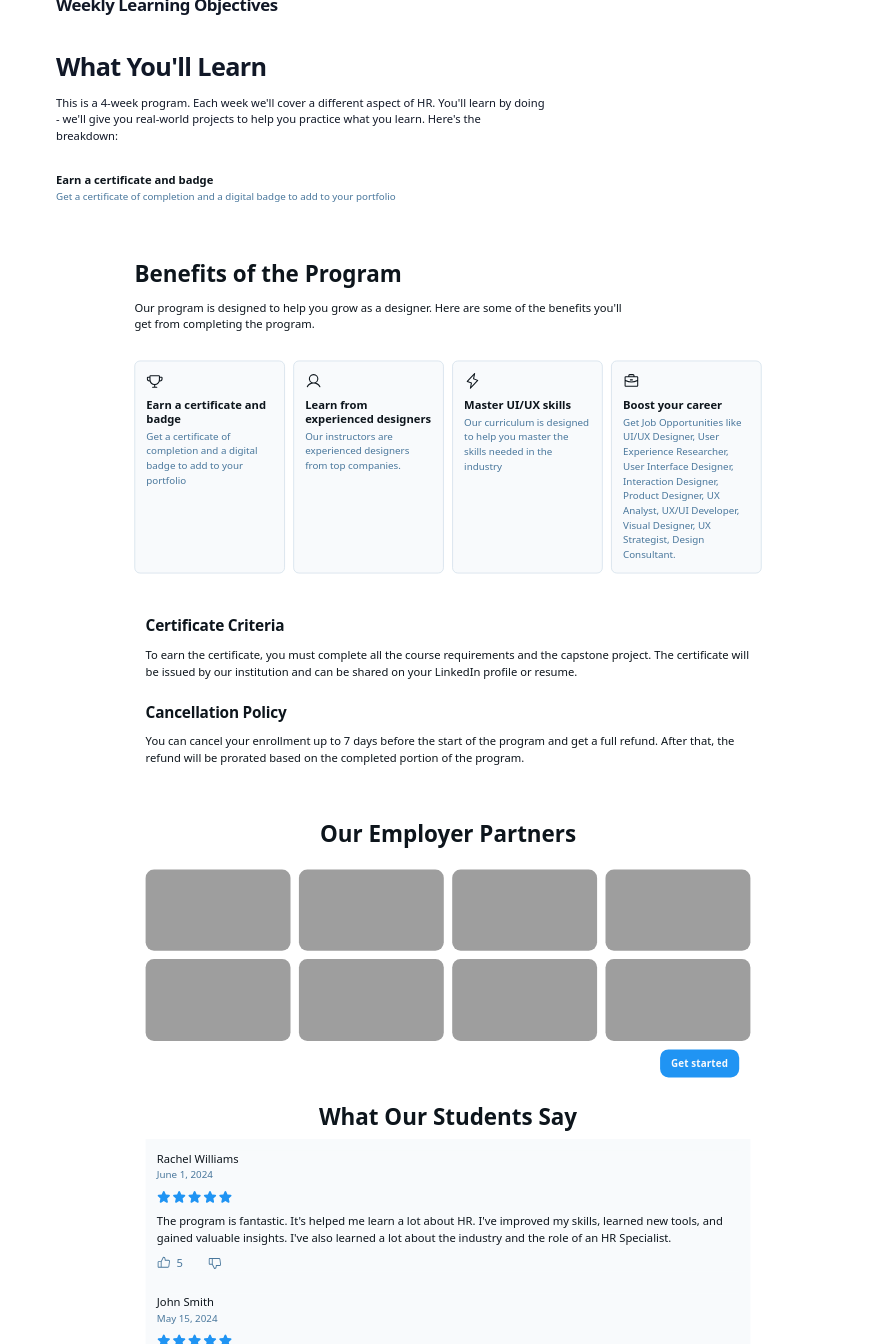
Repository: DhOMNE/HR
Page: /
An editor plug-in stored every save of this project. The page is shown before and after the next save, followed by the edit.
The browser window is 1280 px wide. The pictures show the part of the page from y = 653 to 2573 px (the page is 4217 px tall before and 4132 px after), at 70% of full size.
Pictures or frames that could not be fetched are drawn as grey boxes. The project was rebuilt for these pictures with package versions that can differ from the ones it lists, and the page was loaded fresh each time.

Above is the page before, as saved 2024-08-26 11:03:24.

### src/Componenets/Hero.jsx
import React from 'react';

const Hero = () => {
  return (
    <div className="flex justify-center max-w-6xl mx-auto flex-col">
      <div className="w-full mt-16">
        <div
          className="relative left-4 p-4 w-97 h-[560px] rounded-xl "
          style={{ backgroundImage: "url('https://cdn.usegalileo.ai/sdxl10/f19572df-3304-4064-aa15-f19df58d4b06.png')" }}
        >
          <div className="absolute inset-0 bg-gradient-to-t from-black/40 to-black/10 rounded-xl"></div>
          <div className="relative flex flex-col gap-4 w-full h-full justify-end items-start pl-20 mb-16 max-sm:pl-3">
            <h1 className="text-white text-5xl font-bold">
            Master HR in just 4 Weeks
            </h1>
            <h2 className="text-white text-lg font-normal">
            Our live, online HR workshop helps you build the skills to excel in the industry, get hired, and earn more.
            </h2>
            <div className="w-full">
              <button className="w-24 py-3 rounded-xl px-4 bg-blue-500 text-white text-base font-bold leading-normal hover:shadow-lg hover:shadow-gray-600">
                <span className="truncate">Start</span>
              </button>
            </div>
          </div>
        </div>

        <div className="w-full">
          <h1 className="text-gray-900 text-2xl font-bold leading-tight tracking-tight px-4 text-left pb-3 pt-5">
            Weekly Learning Objectives
          </h1>

          <div className="flex flex-col gap-10 px-4 py-10">
            <div className="flex flex-col gap-4">
              <h1 className="text-gray-900 text-4xl font-black leading-tight tracking-tight max-w-[720px]">
                What You'll Learn
              </h1>
              <p className="text-gray-900 text-base font-normal leading-normal max-w-[720px]">
              This is a 4-week program. Each week we'll cover a different aspect of HR. You'll learn by doing <br/>- we'll give you real-world projects to help you practice what you learn. Here's the<br/> breakdown:
              </p>
            </div>

            {/* <div className="grid grid-cols-[repeat(auto-fit,minmax(158px,1fr))] gap-3">
              {[
                {
                  title: "Week 1: Understand UI/UX",
                  description: "Learn the fundamentals of UI/UX design, user research, and design thinking. Understand the role of a designer in a digital environment.",
                  icon: "path-to-icon-1", // replace with your SVG paths
                },
                {
                  title: "Week 2: Design Principles",
                  description: "Develop the skills to create intuitive, user-friendly designs based on principles like hierarchy, consistency, and feedback. Learn the importance of user experience in design.",
                  icon: "path-to-icon-2",
                },
                {
                  title: "Week 3: Tools and Techniques",
                  description: "Master the tools and techniques used in the industry, including Adobe XD, Figma, and Sketch. Understand the role of a designer in a collaborative environment.",
                  icon: "path-to-icon-3",
                },
                {
                  title: "Week 4: Portfolio Projects",
                  description: "Work on real-world projects to build your portfolio. Showcase your skills and prepare for job interviews.",
                  icon: "path-to-icon-4",
                },
              ].map((item, index) => (
                <div key={index} className="flex flex-1 gap-3 rounded-lg border border-gray-300 bg-slate-50 p-4 flex-col cursor-pointer hover:shadow-lg hover:shadow-gray-600">
                  <div className="text-gray-900">
                    <svg xmlns="http://www.w3.org/2000/svg" width="24px" height="24px" fill="currentColor" viewBox="0 0 256 256">
                      <path d={item.icon}></path>
                    </svg>
                  </div>
                  <div className="flex flex-col gap-1">
                    <h2 className="text-gray-900 text-base font-bold leading-tight">{item.title}</h2>
                    <p className="text-blue-500 text-sm font-normal leading-normal">
                      {item.description}
                    </p>
                  </div>
                </div>
              ))}
            </div> */}
            <div className="flex flex-col gap-1">
                    <h2 className="text-[#0d151c] text-base font-bold leading-tight">Earn a certificate and badge</h2>
                    <p className="text-[#49779c] text-sm font-normal leading-normal">Get a certificate of completion and a digital badge to add to your portfolio</p>
                  </div>
          </div>
        </div>
      </div>
    </div>
  );
};

export default Hero;

### src/Componenets/EmployerPartners.jsx
import React from 'react';

const EmployerPartners = () => {
  return (
    <div className= "md:px-52 px-4 font-inter w-full">
      <h1 className="text-[#0d151c] tracking-light text-[32px] font-bold leading-tight px-4 text-center pb-8 pt-6">
        Our Employer Partners
      </h1>
      <div className="grid grid-cols-[repeat(auto-fit,minmax(168px,1fr))] gap-3">
        {[
          "https://cdn.usegalileo.ai/sdxl10/70ebdf53-18a5-41e4-b706-625bf73a1b76.png",
          "https://cdn.usegalileo.ai/sdxl10/d49ef172-0dfc-4b6d-a5b5-2e9ceaa714f5.png",
          "https://cdn.usegalileo.ai/sdxl10/030ac155-b7a3-41db-942d-26c9010d5763.png",
          "https://cdn.usegalileo.ai/sdxl10/a7333b6a-c870-430e-a740-313e88e3eaa4.png",
          "https://cdn.usegalileo.ai/sdxl10/51151cc1-b54f-49e5-8533-4b297ef796ba.png",
          "https://cdn.usegalileo.ai/sdxl10/fa974156-5500-4990-a688-3c7205878831.png",
          "https://cdn.usegalileo.ai/sdxl10/0ad9f026-f3a1-4ae8-b53e-3fc5d4c46dd1.png",
          "https://cdn.usegalileo.ai/sdxl10/204cc2f5-585d-4878-af98-bddeae082269.png",
        ].map((image, index) => (
          <div key={index} className="flex flex-col gap-3">
            <div
              className="w-full bg-center bg-no-repeat aspect-video bg-cover rounded-xl"
              style={{ backgroundImage: `url(${image})` }}
            ></div>
          </div>
        ))}
      </div>
      <div className="flex px-4 py-3 justify-end">
       <a href="https://hubnex.in/"> <button className="flex min-w-[84px] max-w-[480px] cursor-pointer items-center justify-center overflow-hidden rounded-xl h-10 px-4 bg-[#2094f3] text-slate-50 text-sm font-bold leading-normal tracking-[0.015em]">
          <span className="truncate">Get started</span>
        </button></a>
      </div>
      <h1 className="text-[#0d151c] tracking-light text-[32px] font-bold leading-tight px-4 text-center pb-3 pt-6">
        What Our Students Say
      </h1>
      <div className="flex flex-col gap-8 overflow-x-hidden bg-slate-50 p-4">
        {[
          {
            name: "Rachel Williams",
            date: "June 1, 2024",
            review:
              "The program is fantastic. It's helped me learn a lot about HR. I've improved my skills, learned new tools, and gained valuable insights. I've also learned a lot about the industry and the role of an HR Specialist.",
            likes: 5,
          },
          {
            name: "John Smith",
            date: "May 15, 2024",
            review:
              "I learned a lot from this program. The instructors were great, and the content was very relevant. I've already started applying what I learned in my projects, and I'm seeing results. I would definitely recommend this program to others.",
            likes: 7,
          },

          {
            name: "Sarah Johnson",
            date: "April 30, 2024",
            review:
              "This program is excellent. It covers all the essential HR skills, and the instructors are very knowledgeable. I've gained a lot of valuable insights that I can apply to my work. I'm looking forward to the next session.",
            likes: 4,
          },

        ].map((testimonial, index) => (
          <div key={index} className="flex flex-col gap-3 bg-slate-50">
            <div className="flex-1">
              <p className="text-[#0d151c] text-base font-medium leading-normal">{testimonial.name}</p>
              <p className="text-[#49779c] text-sm font-normal leading-normal">{testimonial.date}</p>
            </div>
            <div className="flex gap-0.5">
              {Array(5)
                .fill("")
                .map((_, i) => (
                  <div key={i} className="text-[#2094f3]" data-icon="Star" data-size="20px" data-weight="fill">
                    <svg
                      xmlns="http://www.w3.org/2000/svg"
                      width="20px"
                      height="20px"
                      fill="currentColor"
                      viewBox="0 0 256 256"
                    >
                      <path d="M234.5,114.38l-45.1,39.36,13.51,58.6a16,16,0,0,1-23.84,17.34l-51.11-31-51,31a16,16,0,0,1-23.84-17.34L66.61,153.8,21.5,114.38a16,16,0,0,1,9.11-28.06l59.46-5.15,23.21-55.36a15.95,15.95,0,0,1,29.44,0h0L166,81.17l59.44,5.15a16,16,0,0,1,9.11,28.06Z"></path>
                    </svg>
                  </div>
                ))}
            </div>
            <p className="text-[#0d151c] text-base font-normal leading-normal">{testimonial.review}</p>
            <div className="flex gap-9 text-[#49779c]">
              <button className="flex items-center gap-2">
                <div className="text-inherit" data-icon="ThumbsUp" data-size="20px" data-weight="regular">
                  <svg
                    xmlns="http://www.w3.org/2000/svg"
                    width="20px"
                    height="20px"
                    fill="currentColor"
                    viewBox="0 0 256 256"
                  >
                    <path d="M234,80.12A24,24,0,0,0,216,72H160V56a40,40,0,0,0-40-40,8,8,0,0,0-7.16,4.42L75.06,96H32a16,16,0,0,0-16,16v88a16,16,0,0,0,16,16H204a24,24,0,0,0,23.82-21l12-96A24,24,0,0,0,234,80.12ZM32,112H72v88H32ZM223.94,97l-12,96a8,8,0,0,1-7.94,7H88V105.89l36.71-73.43A24,24,0,0,1,144,56V80a8,8,0,0,0,8,8h64a8,8,0,0,1,7.94,9Z"></path>
                  </svg>
                </div>
                <p className="text-inherit">{testimonial.likes}</p>
              </button>
              <button className="flex items-center gap-2">
                <div className="text-inherit" data-icon="ThumbsDown" data-size="20px" data-weight="regular">
                  <svg
                    xmlns="http://www.w3.org/2000/svg"
                    width="20px"
                    height="20px"
                    fill="currentColor"
                    viewBox="0 0 256 256"
                  >
                    <path d="M239.82,157l-12-96A24,24,0,0,0,204,40H32A16,16,0,0,0,16,56v88a16,16,0,0,0,16,16H75.06l37.78,75.58A8,8,0,0,0,120,240a40,40,0,0,0,40-40V184h56a24,24,0,0,0,23.82-27ZM72,144H32V56H72Zm150,21.29a7.88,7.88,0,0,1-6,2.71H152a8,8,0,0,0-8,8v24a24,24,0,0,1-19.29,23.54L88,150.11V56H204a8,8,0,0,1,7.94,7l12,96A7.87,7.87,0,0,1,222,165.29Z"></path>
                  </svg>
                </div>
              </button>
            </div>
          </div>
        ))}
      </div>
    </div>
  );
};

export default EmployerPartners;

### src/Componenets/Footer/Footer.jsx
import React from "react";
import "./Footer.css";

const Footer = () => {
  return (
    <>
      <footer className="footer">
        <div className="newsletter">
          <h2>
            {" "}
            <img src="Images/logo.png" alt="logo" /> Hubnex Educate
          </h2>
          <div className="flex-container1">
            <p className="title1">
              Signup for our{" "}
              <span style={{ fontWeight: "bold" }}>Newsletter</span>
            </p>
            <input
              className="input1"
              type="search"
              placeholder="Enter your email"
            />
            <img className="imag2" src="Images/righticon.png" alt="icon" />
          </div>
        </div>
        <hr />
        <div className="footer-info">
          <div className="company-info">
            <h3>COMPANY</h3>
            <ul>
              <li>
                <a href="#about">About Us</a>
              </li>
              <li>
                <a href="#privacy">Privacy policy</a>
              </li>
              <li>
                <a href="#blog">Blog</a>
              </li>
              <li>
                <a href="#careers">Careers</a>
              </li>
            </ul>
          </div>
          <div className="support">
            <h3>Support</h3>
            <ul>
              <li>
                <a href="#contact">Contact Us</a>
              </li>
              <li>
                <a href="#community">Community</a>
              </li>
            </ul>
          </div>
          <div className="socials">
            <h3>Socials</h3>
            <li>
              <a
                href="https://www.facebook.com"
                target="_blank"
                rel="noopener noreferrer"
              >
                <img src="./facebook.png" alt="facebook" target="blank" />
              </a>
            </li>
            <li>
              <a
                href="https://www.linkedin.com"
                target="_blank"
                rel="noopener noreferrer"
              >
                <img src="./linkdin.png" alt="linkdin" />
              </a>
            </li>
            <li>
              <a
                href="https://x.com/i/flow/login"
                target="_blank"
                rel="noopener noreferrer"
              >
                <img src="./twitter.png" alt="twitter" />
              </a>
            </li>
          </div>
          <div className="fotter-img">
            <img src="./fotter-img.png" alt="fotter-img" />
          </div>
        </div>
      </footer>
      <div className="footer-bottom">
        <img className="imag5" src="Images/copyright.png" alt="copyright" />
        <p className="pt1">2024 Hubnex educate. All rights reserved.</p>

      </div>
    </>
  );
};

export default Footer;

### src/Componenets/Footer/Footer.css
@import url("https://fonts.googleapis.com/css2?family=Inter:wght@100..900&display=swap");
@import url("https://fonts.googleapis.com/css2?family=DM+Sans:ital,opsz,wght@0,9..40,100..1000;1,9..40,100..1000&display=swap");
@import url("https://fonts.googleapis.com/css2?family=DM+Sans:ital,opsz,wght@0,9..40,100..1000;1,9..40,100..1000&family=Manrope:wght@200..800&display=swap");

.footer {
  width: 100%;
  height: 418px;
  background-color: black;
  color: white;
  padding: 20px;
  text-align: center;
}

hr {
  border: 3px solid #ffffff80;
}
.newsletter {
  margin-bottom: 10px;
  text-align: right;
}

.newsletter h2 {
  text-align: left;
  font-size: 1.9em;
  position: relative;
  top: 40px;
  left: 10px;
  font-family: Inter;
  font-size: 32px;
  font-weight: 700;
  line-height: 26.4px;
  text-align: left;
  display: flex;
  gap: 10px;
}

.newsletter p {
  margin-bottom: 10px;
  margin-right: 70px;
  font-family: Manrope;
  font-size: 20px;
  font-weight: 400;
  line-height: 27.32px;
}

.newsletter input {
  padding: 10px;
  width: 287px;
}

.newsletter button {
  padding: 10px 20px;
  margin-left: 10px;
  background-color: #007bff;
  color: white;
  border: none;
  cursor: pointer;
}

.footer-info {
  display: flex;
  gap: 120px;
  margin-top: 30px;
  margin-left: 10px;
  font-family: Manrope;
}

.company-info,
.support {
  text-align: left;
}

.company-info ul,
.support ul {
  list-style: none;
  padding: 0px;
}

.company-info li,
.support li {
  margin: 25px 0;
  list-style: none;
  padding: 0px;
}

.company-info a,
.support a {
  color: white;
  text-decoration: none;
}

.socials {
  text-align: center;
}

.socials h3 {
  margin-bottom: 15px;
  font-family: Manrope;
  font-size: 20px;
  font-weight: 700;
  line-height: 27.32px;
  text-align: left;
  margin-left: 20px;
}

.socials li {
  display: inline-block;
  margin: 0 10px;
  list-style: none;
}

.socials li a img {
  width: 40px;
  height: 40px;
  transition: transform 0.3s ease;
}

.socials li a img:hover {
  transform: scale(1.1);
}

.fotter-img {
  display: flex;
  justify-content: flex-end;
  position: relative;
  left: 10%;
  top: 20px;
}

.fotter-img img {
  width: 80%;
  height: 90%;
  transition: transform 0.3s ease;
}

.fotter-img img:hover {
  transform: scale(1.1);
}

.input1 {
  width: 287px;
  height: 44px;

  padding: 10px 24px;
  gap: 147px;
  border-radius: 12px 10px 10px 10px;
  opacity: 0px;
  border: none;
}

.imag2 {
  position: relative;
  right: 40px;
  top: 8px;
}

.footer-bottom {
  display: flex;
  align-items: center;
  padding-left: 35%;
  margin: 10px;
  gap: 12px;
  opacity: 0px;
}

.pt1 {
  text-align: center;
  font-family: Inter;
  font-size: 16px;
  font-weight: 400;
  line-height: 24px;
  color: #000000;
}

.imag5 {
  width: 20px;
  height: 20px;
}

/* Media Queries */
@media (max-width: 780px) {
  .footer {
    height: auto;
    padding: 10px;
  }

  .newsletter h2 {
    font-size: 1.1em;
    top: 10px;
  }

  .newsletter p {
    font-size: 16px;
  }

  .footer-info {
    gap: 110px;
  }

  .socials h3 {
    font-size: 16px;
    margin-left: 0;
  }

  .socials li {
    margin: 0 5px;
  }

  .socials li a img {
    width: 25px;
    height: 25px;
  }

  .fotter-bottom {
    align-items: center;
    gap: 12px;
    margin-left: -60px;
  }

  .imag2 {
    position: relative;
    right: 40px;
  }

  .fotter-img {
    display: flex;
    justify-content: flex-end;
    position: relative;
    left: 0;
    top: 10px;
  }

  .fotter-img img {
    width: 100%;
    height: 60%;
    position: relative;
    top: 90px;
    right: 40px;
    transition: transform 0.3s ease;
  }

  .fotter-img img:hover {
    transform: scale(1.1);
  }

  .pt1 {
    text-align: center;
    position: relative;
    right: 50px;
  }

  .imag5 {
    position: relative;
    right: 50px;
  }
}

@media (max-width: 600px) {
  .footer {
    height: auto;
    padding: 10px;
  }

  .newsletter h2 {
    font-size: 1em;
    top: 5px;
  }

  .newsletter p {
    font-size: 14px;
  }

  .footer-info {
    flex-direction: column;
    align-items: center;
    gap: 15px;
  }

  .fotter-img img {
    width: 60%;
    height: 60%;
    position: relative;
    top: -6px;
    right: 0px;
  }

  .socials h3 {
    font-size: 14px;
    margin-left: 0;
  }

  .socials li {
    margin: 0 3px;
  }

  .socials li a img {
    width: 20px;
    height: 20px;
  }

  .footer-bottom {
    padding: 10px;
  }

  .pt1 {
    text-align: center;
    font-family: Inter;
    font-size: 16px;
    font-weight: 400;
    line-height: 20px;
    color: #000000;
    position: relative;
    left: 20px;
  }

  .imag5 {
    width: 20px;
    height: 20px;
    position: relative;
    left: 25px;
  }
}

@media (max-width: 375px) {
  .footer {
    height: auto;
    width: 380px;
  }

  .newsletter h2 {
    font-size: 0.9em;
    top: 0;
  }

  .newsletter p {
    font-size: 12px;
  }

  .footer-info {
    gap: 10px;
  }

  .fotter-img img {
    width: 100%;
    position: relative;
    left: 0;
  }

  .socials h3 {
    font-size: 12px;
    margin-left: 0;
  }

  .socials li {
    margin: 0 2px;
  }

  .socials li a img {
    width: 18px;
    height: 18px;
  }

  .footer-bottom {
    padding: 10px;
  }

  .pt1 {
    text-align: center;
    font-family: Inter;
    font-size: 16px;
    font-weight: 400;
    line-height: 20px;
    color: #000000;
    position: relative;
    left: 20px;
  }

  .imag5 {
    width: 20px;
    height: 20px;
    position: relative;
    left: 25px;
    bottom: 9px;
  }
}

@media (max-width: 1024px) {
  .fotter-img {
    display: flex;
    justify-content: flex-end;
    position: relative;
    left: 0;
    top: 10px;
  }

  .fotter-img img {
    width: 100%;
    height: 60%;
    position: relative;
    transition: transform 0.3s ease;
  }

  .fotter-img img:hover {
    transform: scale(1.1);
  }
}

Loaded but not shown: src/index.js (common file); src/index.css (common file); src/reportWebVitals.js (common file); tailwind.config.js (common file); src/App.js (20 lines, source omitted); src/Componenets/FAQ.jsx (192 lines, source omitted); src/Componenets/Benefitdesigner.jsx (155 lines, source omitted)

After the next save:
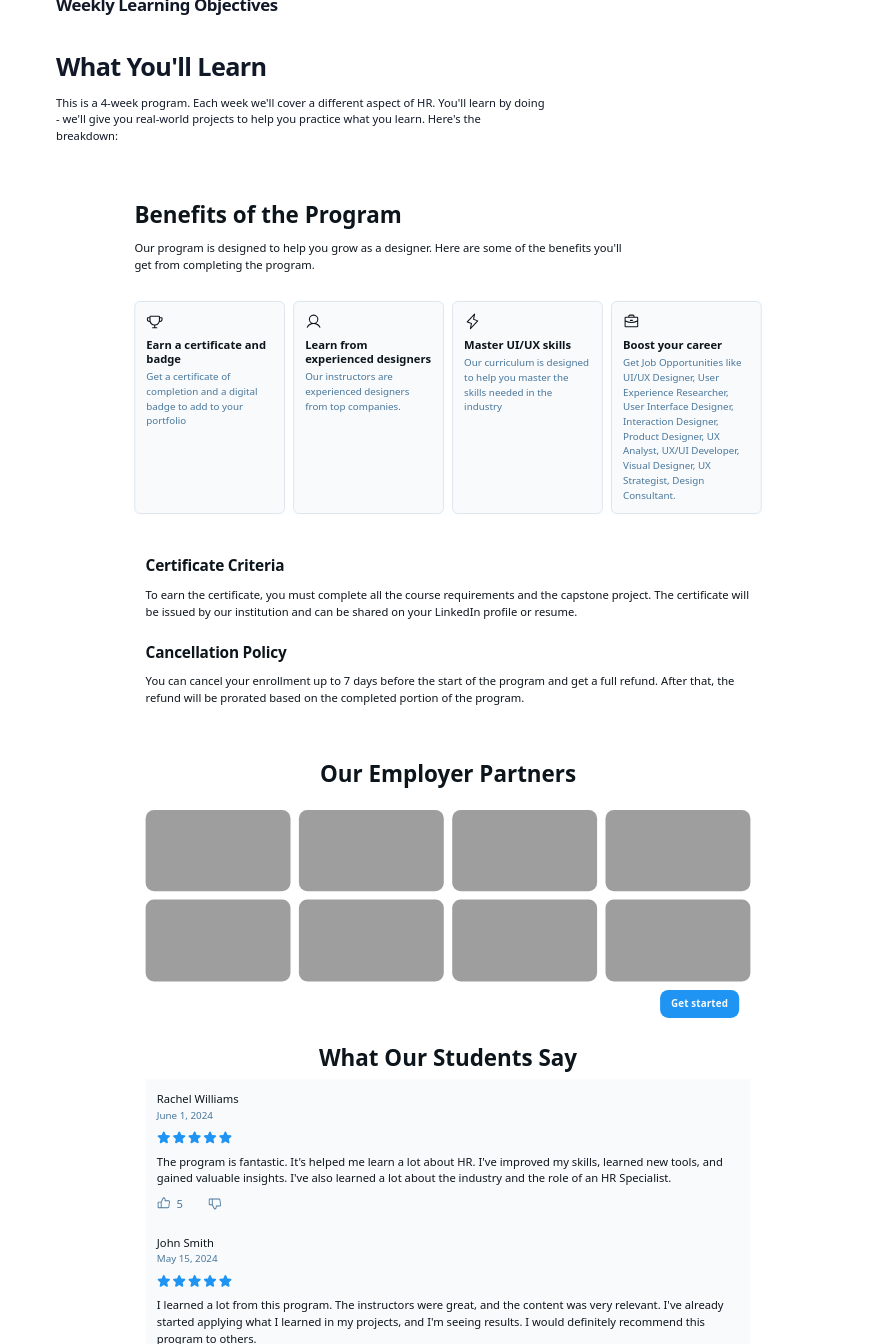
Saved 11 s later.
--- a/src/Componenets/Hero.jsx
+++ b/src/Componenets/Hero.jsx
@@ -77,10 +77,7 @@ const Hero = () => {
                 </div>
               ))}
             </div> */}
-            <div className="flex flex-col gap-1">
-                    <h2 className="text-[#0d151c] text-base font-bold leading-tight">Earn a certificate and badge</h2>
-                    <p className="text-[#49779c] text-sm font-normal leading-normal">Get a certificate of completion and a digital badge to add to your portfolio</p>
-                  </div>
+
           </div>
         </div>
       </div>
